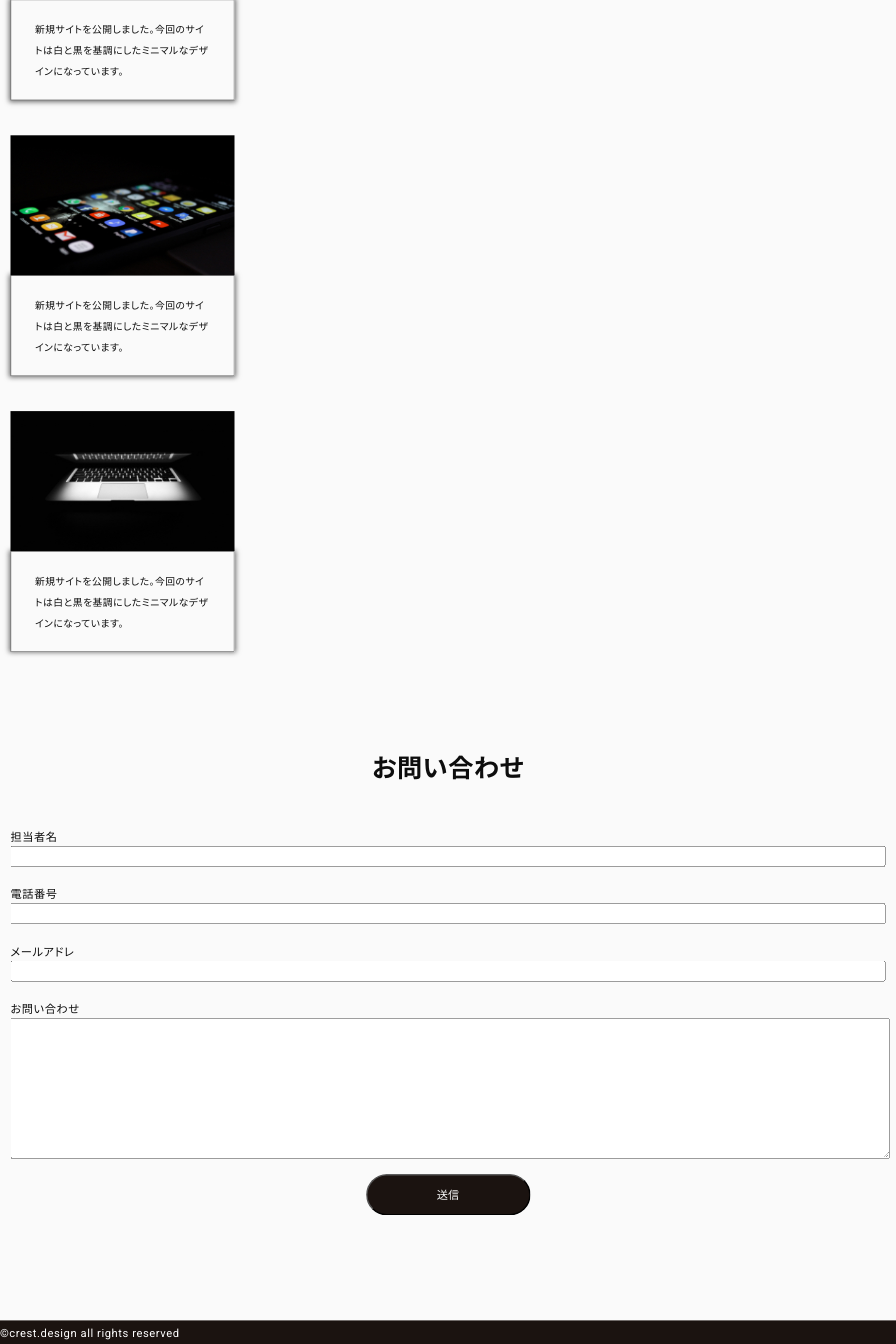
Repository: hatarakimono-kumasan/kurisuta_1st
Page: index.html
An editor plug-in stored every save of this project. The page is shown before and after the next save, followed by the edit.
The browser window is 1280 px wide. The pictures show the part of the page from y = 4016 to 5936 px (the page is 5936 px tall before and 5934 px after), at 70% of full size.
Some web libraries are served in a nearby version. The style sheet was rebuilt from its Sass, Less or Tailwind sources for each picture, by a compiler version that may differ from the author's.

Above is the page before, as saved 2020-05-15 12:20:46.

After the next save:
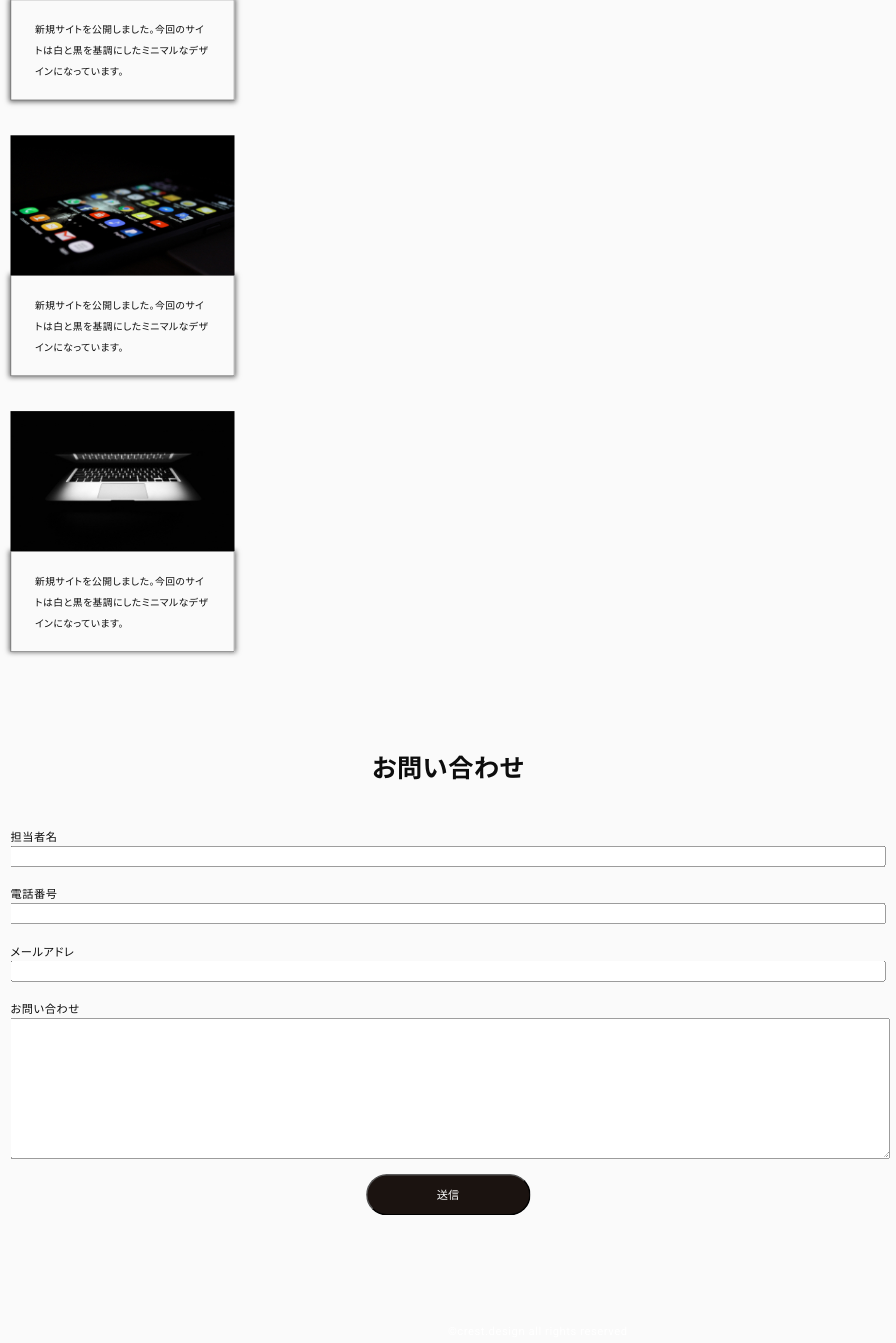
Saved 4 min 30 s later.
--- a/scss/layout/footer.scss
+++ b/scss/layout/footer.scss
@@ -1,8 +1,11 @@
 footer {
 	background-color: #1b1310;
+	position: relative;
 
 	small {
 		color: #fff;
 		text-align: center;
+		position: absolute;
+		left: 50%;
 	}
 }
